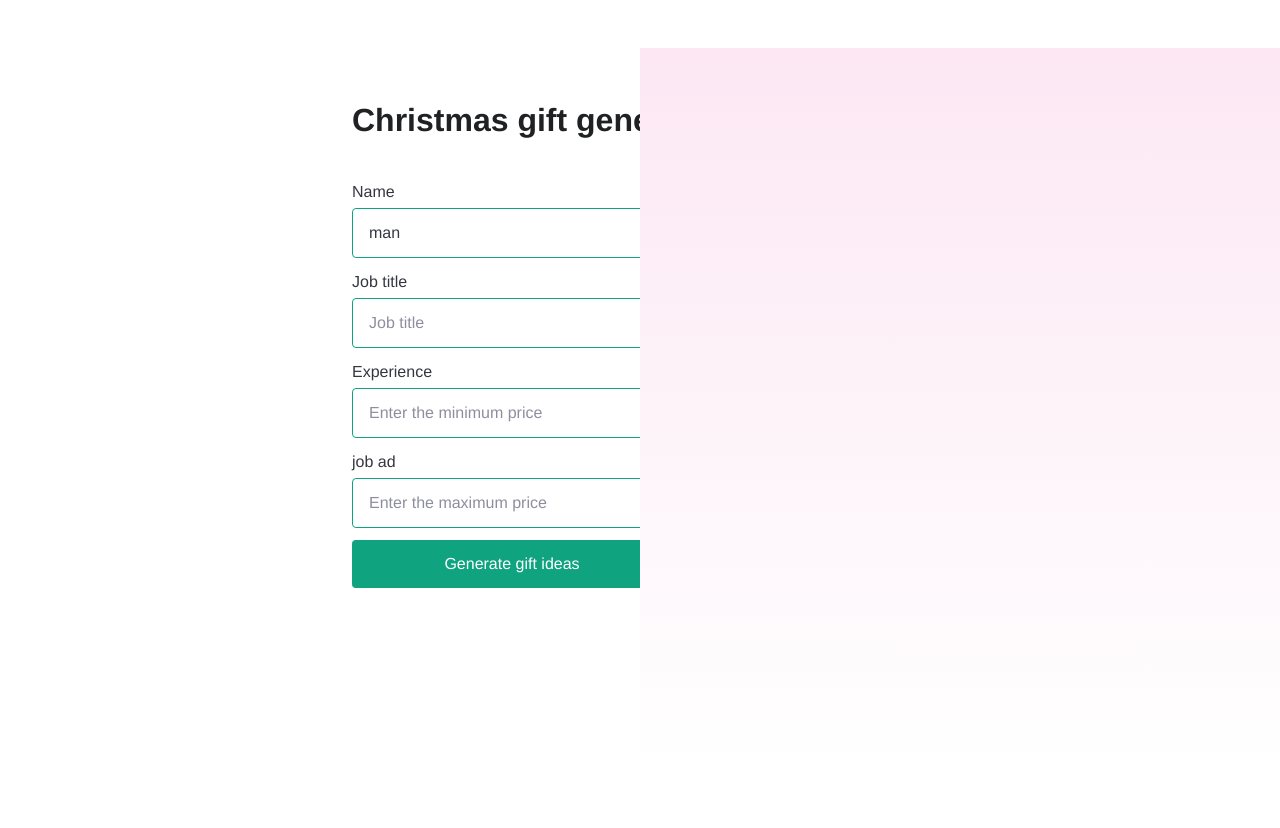
Repository: hamza-mastar/chatgpt-jpbad
Page: /
The author's editor kept a copy of each file at every save. The page is drawn from the files as they stood at one save, then again after the next save.
The browser window is 1280 px wide. The pictures show the whole page.
Some web fonts or font styles are not loaded; a fallback is used. The project was rebuilt for these pictures with package versions that can differ from the ones it lists, and the page was loaded fresh each time. The framework's server and built-in components were replaced by stand-ins that run in the browser.

Above is the page before, as saved 2023-01-30 04:24:22.

After the next save:
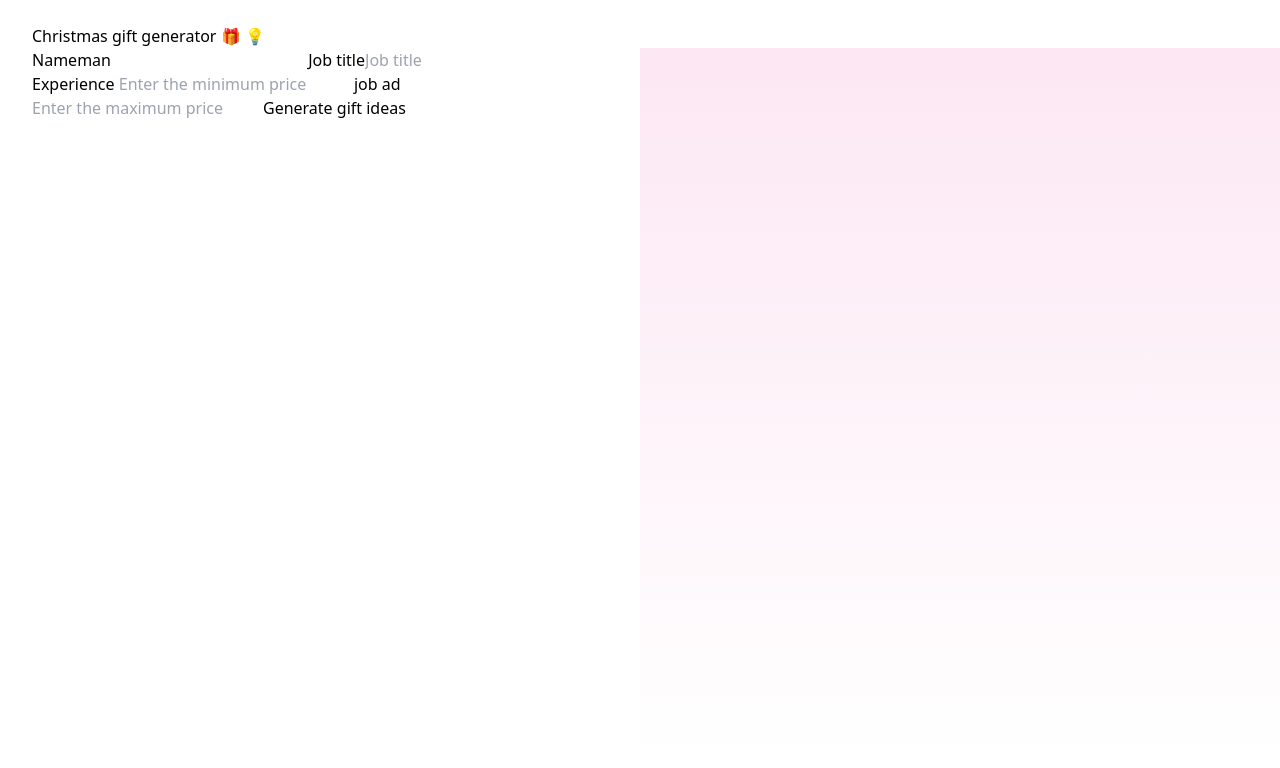
Saved 107 s later.
--- a/pages/index.module.css
+++ b/pages/index.module.css
@@ -15,7 +15,7 @@
   font-weight: bold;
   font-style: normal;
 }
-.main,
+/* .main,
 .main input {
   font-size: 16px;
   line-height: 24px;
@@ -70,13 +70,13 @@
   position:absolute;
   display: flex;
   justify-content: end;
-}
+} */
 
 .main .loading {
   width: 50;
 }
 
-.main input[type="text"],
+/* .main input[type="text"],
 .main input[type="number"],
 .main select {
   padding: 12px 16px;
@@ -87,7 +87,7 @@
 }
 .hamza {
   background-color: #10a37f;
-}
+} */
 
 
 
